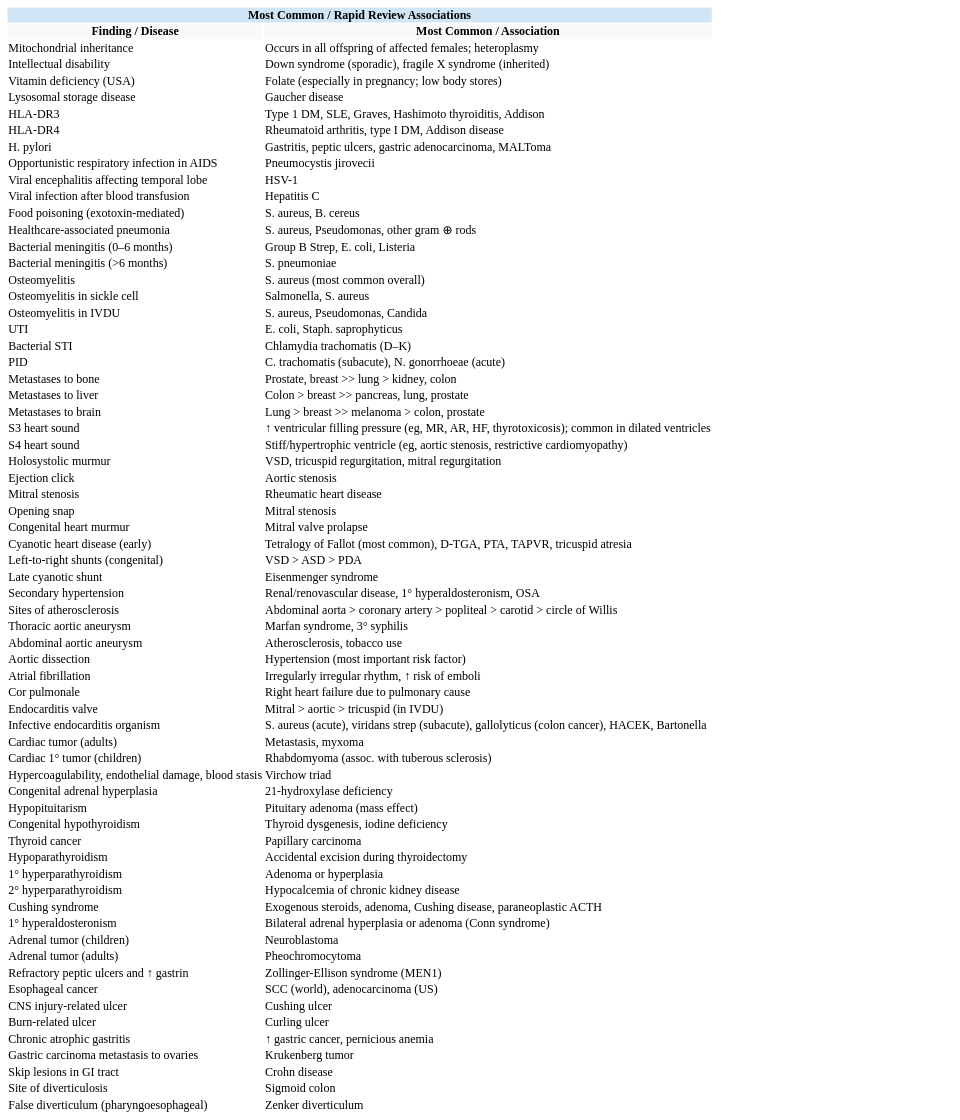
Repository: sharperdragon/STEVEL-1-Summaries
Page: subdex/rapid_review_associations.html
The author's editor kept a copy of each file at every save. The page is drawn from the files as they stood at one save, then again after the next save.
The browser window is 1280 px wide. The pictures show the whole page, at 75% of full size.

Above is the page before, as saved 2025-05-20 23:19:15.

### subdex/rapid_review_associations.html
<div class="responsive-containier">
  <table class="table1" id="rr-associations">
    <thead>
      <tr>
        <th colspan="2" style="text-align:center; background-color: #d0e5f5;">
          <strong>Most Common / Rapid Review Associations</strong>
        </th>
      </tr>
      <tr>
        <th style="background-color: #f7f9fa;">Finding / Disease</th>
        <th style="background-color: #f7f9fa;">Most Common / Association</th>
      </tr>
    </thead>
    <tbody>
      <tr>
        <td>Mitochondrial inheritance</td>
        <td>Occurs in all offspring of affected females; heteroplasmy</td>
      </tr>
      <tr>
        <td>Intellectual disability</td>
        <td>Down syndrome (sporadic), fragile X syndrome (inherited)</td>
      </tr>
      <tr>
        <td>Vitamin deficiency (USA)</td>
        <td>Folate (especially in pregnancy; low body stores)</td>
      </tr>
      <tr>
        <td>Lysosomal storage disease</td>
        <td>Gaucher disease</td>
      </tr>
      <tr>
        <td>HLA-DR3</td>
        <td>Type 1 DM, SLE, Graves, Hashimoto thyroiditis, Addison</td>
      </tr>
      <tr>
        <td>HLA-DR4</td>
        <td>Rheumatoid arthritis, type I DM, Addison disease</td>
      </tr>
      <tr>
        <td>H. pylori</td>
        <td>Gastritis, peptic ulcers, gastric adenocarcinoma, MALToma</td>
      </tr>
      <tr>
        <td>Opportunistic respiratory infection in AIDS</td>
        <td>Pneumocystis jirovecii</td>
      </tr>
      <tr>
        <td>Viral encephalitis affecting temporal lobe</td>
        <td>HSV-1</td>
      </tr>
      <tr>
        <td>Viral infection after blood transfusion</td>
        <td>Hepatitis C</td>
      </tr>
      <tr>
        <td>Food poisoning (exotoxin-mediated)</td>
        <td>S. aureus, B. cereus</td>
      </tr>
      <tr>
        <td>Healthcare-associated pneumonia</td>
        <td>S. aureus, Pseudomonas, other gram ⊕ rods</td>
      </tr>
      <tr>
        <td>Bacterial meningitis (0–6 months)</td>
        <td>Group B Strep, E. coli, Listeria</td>
      </tr>
      <tr>
        <td>Bacterial meningitis (&gt;6 months)</td>
        <td>S. pneumoniae</td>
      </tr>
      <tr>
        <td>Osteomyelitis</td>
        <td>S. aureus (most common overall)</td>
      </tr>
      <tr>
        <td>Osteomyelitis in sickle cell</td>
        <td>Salmonella, S. aureus</td>
      </tr>
      <tr>
        <td>Osteomyelitis in IVDU</td>
        <td>S. aureus, Pseudomonas, Candida</td>
      </tr>
      <tr>
        <td>UTI</td>
        <td>E. coli, Staph. saprophyticus</td>
      </tr>
      <tr>
        <td>Bacterial STI</td>
        <td>Chlamydia trachomatis (D–K)</td>
      </tr>
      <tr>
        <td>PID</td>
        <td>C. trachomatis (subacute), N. gonorrhoeae (acute)</td>
      </tr>
      <tr>
        <td>Metastases to bone</td>
        <td>Prostate, breast &gt;&gt; lung &gt; kidney, colon</td>
      </tr>
      <tr>
        <td>Metastases to liver</td>
        <td>Colon &gt; breast &gt;&gt; pancreas, lung, prostate</td>
      </tr>
      <tr>
        <td>Metastases to brain</td>
        <td>Lung &gt; breast &gt;&gt; melanoma &gt; colon, prostate</td>
      </tr>
      <tr>
        <td>S3 heart sound</td>
        <td>↑ ventricular filling pressure (eg, MR, AR, HF, thyrotoxicosis); common in dilated ventricles</td>
      </tr>
      <tr>
        <td>S4 heart sound</td>
        <td>Stiff/hypertrophic ventricle (eg, aortic stenosis, restrictive cardiomyopathy)</td>
      </tr>
      <tr>
        <td>Holosystolic murmur</td>
        <td>VSD, tricuspid regurgitation, mitral regurgitation</td>
      </tr>
      <tr>
        <td>Ejection click</td>
        <td>Aortic stenosis</td>
      </tr>
      <tr>
        <td>Mitral stenosis</td>
        <td>Rheumatic heart disease</td>
      </tr>
      <tr>
        <td>Opening snap</td>
        <td>Mitral stenosis</td>
      </tr>
      <tr>
        <td>Congenital heart murmur</td>
        <td>Mitral valve prolapse</td>
      </tr>
      <tr>
        <td>Cyanotic heart disease (early)</td>
        <td>Tetralogy of Fallot (most common), D-TGA, PTA, TAPVR, tricuspid atresia</td>
      </tr>
      <tr>
        <td>Left-to-right shunts (congenital)</td>
        <td>VSD &gt; ASD &gt; PDA</td>
      </tr>
      <tr>
        <td>Late cyanotic shunt</td>
        <td>Eisenmenger syndrome</td>
      </tr>
      <tr>
        <td>Secondary hypertension</td>
        <td>Renal/renovascular disease, 1° hyperaldosteronism, OSA</td>
      </tr>
      <tr>
        <td>Sites of atherosclerosis</td>
        <td>Abdominal aorta &gt; coronary artery &gt; popliteal &gt; carotid &gt; circle of Willis</td>
      </tr>
      <tr>
        <td>Thoracic aortic aneurysm</td>
        <td>Marfan syndrome, 3° syphilis</td>
      </tr>
      <tr>
        <td>Abdominal aortic aneurysm</td>
        <td>Atherosclerosis, tobacco use</td>
      </tr>
      <tr>
        <td>Aortic dissection</td>
        <td>Hypertension (most important risk factor)</td>
      </tr>
      <tr>
        <td>Atrial fibrillation</td>
        <td>Irregularly irregular rhythm, ↑ risk of emboli</td>
      </tr>
      <tr>
        <td>Cor pulmonale</td>
        <td>Right heart failure due to pulmonary cause</td>
      </tr>
      <tr>
        <td>Endocarditis valve</td>
        <td>Mitral &gt; aortic &gt; tricuspid (in IVDU)</td>
      </tr>
      <tr>
        <td>Infective endocarditis organism</td>
        <td>S. aureus (acute), viridans strep (subacute), gallolyticus (colon cancer), HACEK, Bartonella</td>
      </tr>
      <tr>
        <td>Cardiac tumor (adults)</td>
        <td>Metastasis, myxoma</td>
      </tr>
      <tr>
        <td>Cardiac 1° tumor (children)</td>
        <td>Rhabdomyoma (assoc. with tuberous sclerosis)</td>
      </tr>
      <tr>
        <td>Hypercoagulability, endothelial damage, blood stasis</td>
        <td>Virchow triad</td>
      </tr>
      <tr>
        <td>Congenital adrenal hyperplasia</td>
        <td>21-hydroxylase deficiency</td>
      </tr>
      <tr>
        <td>Hypopituitarism</td>
        <td>Pituitary adenoma (mass effect)</td>
      </tr>
      <tr>
        <td>Congenital hypothyroidism</td>
        <td>Thyroid dysgenesis, iodine deficiency</td>
      </tr>
      <tr>
        <td>Thyroid cancer</td>
        <td>Papillary carcinoma</td>
      </tr>
      <tr>
        <td>Hypoparathyroidism</td>
        <td>Accidental excision during thyroidectomy</td>
      </tr>
      <tr>
        <td>1° hyperparathyroidism</td>
        <td>Adenoma or hyperplasia</td>
      </tr>
      <tr>
        <td>2° hyperparathyroidism</td>
        <td>Hypocalcemia of chronic kidney disease</td>
      </tr>
      <tr>
        <td>Cushing syndrome</td>
        <td>Exogenous steroids, adenoma, Cushing disease, paraneoplastic ACTH</td>
      </tr>
      <tr>
        <td>1° hyperaldosteronism</td>
        <td>Bilateral adrenal hyperplasia or adenoma (Conn syndrome)</td>
      </tr>
      <tr>
        <td>Adrenal tumor (children)</td>
        <td>Neuroblastoma</td>
      </tr>
      <tr>
        <td>Adrenal tumor (adults)</td>
        <td>Pheochromocytoma</td>
      </tr>
      <tr>
        <td>Refractory peptic ulcers and ↑ gastrin</td>
        <td>Zollinger-Ellison syndrome (MEN1)</td>
      </tr>
      <tr>
        <td>Esophageal cancer</td>
        <td>SCC (world), adenocarcinoma (US)</td>
      </tr>
      <tr>
        <td>CNS injury-related ulcer</td>
        <td>Cushing ulcer</td>
      </tr>
      <tr>
        <td>Burn-related ulcer</td>
        <td>Curling ulcer</td>
      </tr>
      <tr>
        <td>Chronic atrophic gastritis</td>
        <td>↑ gastric cancer, pernicious anemia</td>
      </tr>
      <tr>
        <td>Gastric carcinoma metastasis to ovaries</td>
        <td>Krukenberg tumor</td>
      </tr>
      <tr>
        <td>Skip lesions in GI tract</td>
        <td>Crohn disease</td>
      </tr>
      <tr>
        <td>Site of diverticulosis</td>
        <td>Sigmoid colon</td>
      </tr>
      <tr>
        <td>False diverticulum (pharyngoesophageal)</td>
        <td>Zenker diverticulum</td>
      </tr>
    </tbody>
  </table>
</div>

After the next save:
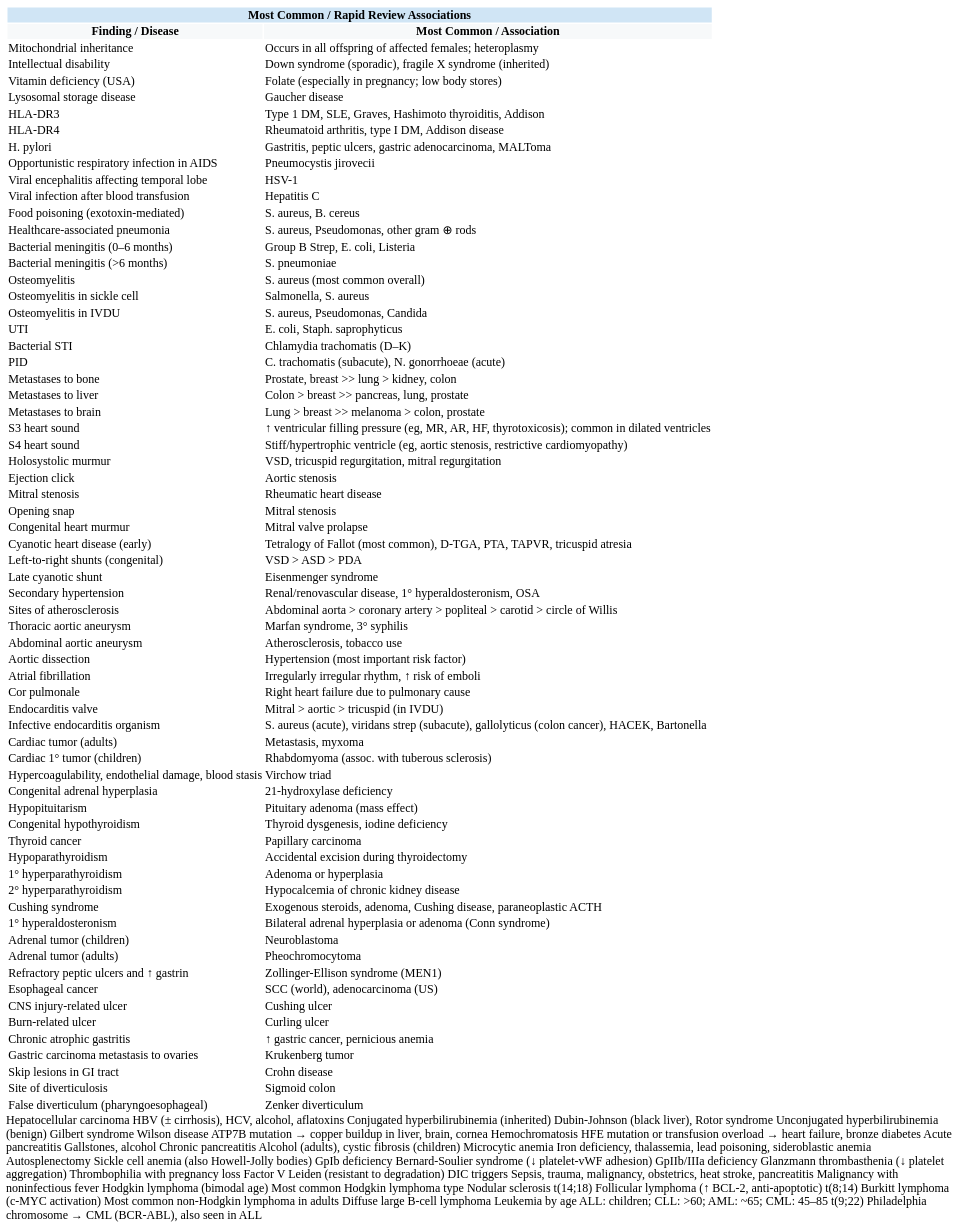
Saved 48 s later.
--- a/subdex/rapid_review_associations.html
+++ b/subdex/rapid_review_associations.html
@@ -275,3 +275,83 @@
     </tbody>
   </table>
 </div>
+<tr>
+  <td>Hepatocellular carcinoma</td>
+  <td>HBV (± cirrhosis), HCV, alcohol, aflatoxins</td>
+</tr>
+<tr>
+  <td>Conjugated hyperbilirubinemia (inherited)</td>
+  <td>Dubin-Johnson (black liver), Rotor syndrome</td>
+</tr>
+<tr>
+  <td>Unconjugated hyperbilirubinemia (benign)</td>
+  <td>Gilbert syndrome</td>
+</tr>
+<tr>
+  <td>Wilson disease</td>
+  <td>ATP7B mutation → copper buildup in liver, brain, cornea</td>
+</tr>
+<tr>
+  <td>Hemochromatosis</td>
+  <td>HFE mutation or transfusion overload → heart failure, bronze diabetes</td>
+</tr>
+<tr>
+  <td>Acute pancreatitis</td>
+  <td>Gallstones, alcohol</td>
+</tr>
+<tr>
+  <td>Chronic pancreatitis</td>
+  <td>Alcohol (adults), cystic fibrosis (children)</td>
+</tr>
+<tr>
+  <td>Microcytic anemia</td>
+  <td>Iron deficiency, thalassemia, lead poisoning, sideroblastic anemia</td>
+</tr>
+<tr>
+  <td>Autosplenectomy</td>
+  <td>Sickle cell anemia (also Howell-Jolly bodies)</td>
+</tr>
+<tr>
+  <td>GpIb deficiency</td>
+  <td>Bernard-Soulier syndrome (↓ platelet-vWF adhesion)</td>
+</tr>
+<tr>
+  <td>GpIIb/IIIa deficiency</td>
+  <td>Glanzmann thrombasthenia (↓ platelet aggregation)</td>
+</tr>
+<tr>
+  <td>Thrombophilia with pregnancy loss</td>
+  <td>Factor V Leiden (resistant to degradation)</td>
+</tr>
+<tr>
+  <td>DIC triggers</td>
+  <td>Sepsis, trauma, malignancy, obstetrics, heat stroke, pancreatitis</td>
+</tr>
+<tr>
+  <td>Malignancy with noninfectious fever</td>
+  <td>Hodgkin lymphoma (bimodal age)</td>
+</tr>
+<tr>
+  <td>Most common Hodgkin lymphoma type</td>
+  <td>Nodular sclerosis</td>
+</tr>
+<tr>
+  <td>t(14;18)</td>
+  <td>Follicular lymphoma (↑ BCL-2, anti-apoptotic)</td>
+</tr>
+<tr>
+  <td>t(8;14)</td>
+  <td>Burkitt lymphoma (c-MYC activation)</td>
+</tr>
+<tr>
+  <td>Most common non-Hodgkin lymphoma in adults</td>
+  <td>Diffuse large B-cell lymphoma</td>
+</tr>
+<tr>
+  <td>Leukemia by age</td>
+  <td>ALL: children; CLL: >60; AML: ~65; CML: 45–85</td>
+</tr>
+<tr>
+  <td>t(9;22)</td>
+  <td>Philadelphia chromosome → CML (BCR-ABL), also seen in ALL</td>
+</tr>
